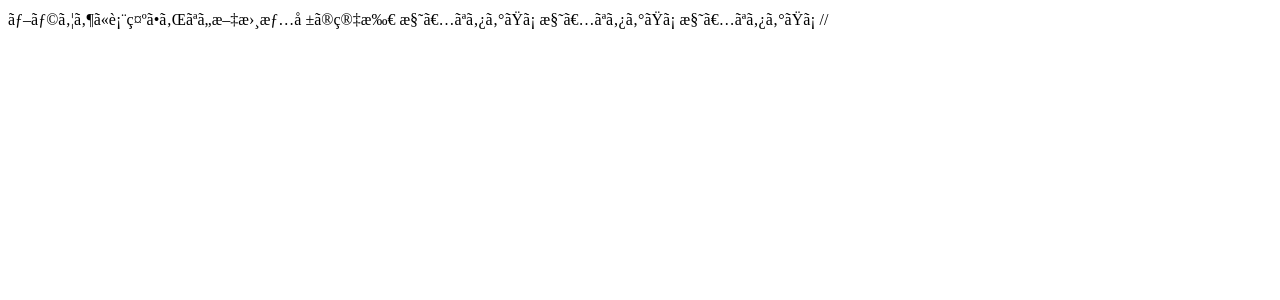
Repository: syokaturyou/potepan
Page: test/index6.html
The author's editor kept a record of every edit. The page is drawn from the files as they stood at one moment, then again after the next edit.
The browser window is 1280 px wide. The pictures show the whole page.

Above is the page before.

### test/index6.html
 <!DOCTYPE html>
     <html lang="ja">
      <head>
        <title></title>
        ブラウザに表示されない文書情報の箇所
      <!--<script type="lesson/javascript" src="/lesson.js" charset="utf-8"></script>-->
      </head>

      <body>
        様々なタグたち
        様々なタグたち
        様々なタグたち

         // <script>
         //  javascriptのコードを記述をします
         // </script>

       <!--<div>-->
       <!-- <button class="button" onclick=eventA();>ボタンを押下でイベント発火</button>-->
       <!-- <input class="input" type=text oninput=eventB(); placeholder="ここに文字を入力する度にイベント発火">-->
       <!-- <div class="block_a" onmouseout=eventC();>この要素からマウスが離れてイベント発火</div>-->
       <!-- <div class="block_b" onmouseover=eventD();>この要素にマウスが乗ってイベント発火</div>-->
       <!--</div>-->

        <!--<script type="text/javascript" src="読み込むJavaScriptファイルまでのパス" charset="utf-8"></script>-->
        <!--<script type="lesson/javascript" src="/lesson.js" charset="utf-8"></script>-->
      </body>
    </html>

After the next edit:
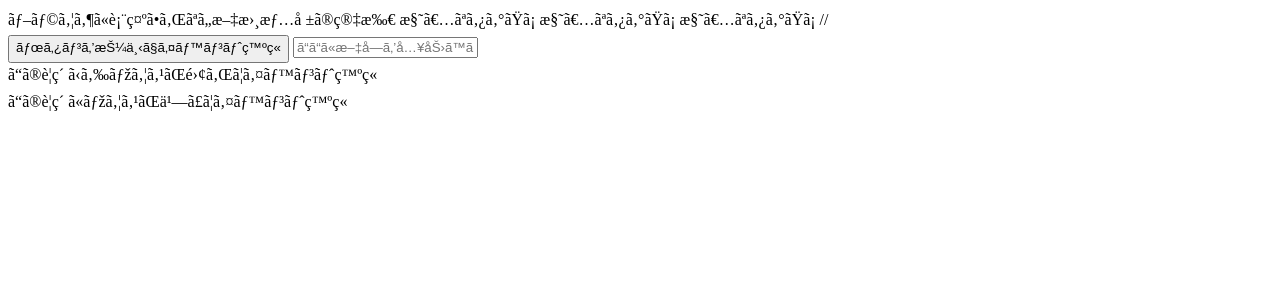
The edit:
--- a/test/index6.html
+++ b/test/index6.html
@@ -15,12 +15,12 @@
          //  javascriptのコードを記述をします
          // </script>
 
-       <!--<div>-->
-       <!-- <button class="button" onclick=eventA();>ボタンを押下でイベント発火</button>-->
-       <!-- <input class="input" type=text oninput=eventB(); placeholder="ここに文字を入力する度にイベント発火">-->
-       <!-- <div class="block_a" onmouseout=eventC();>この要素からマウスが離れてイベント発火</div>-->
-       <!-- <div class="block_b" onmouseover=eventD();>この要素にマウスが乗ってイベント発火</div>-->
-       <!--</div>-->
+       <div>
+        <button class="button" onclick=eventA();>ボタンを押下でイベント発火</button>
+        <input class="input" type=text oninput=eventB(); placeholder="ここに文字を入力する度にイベント発火">
+        <div class="block_a" onmouseout=eventC();>この要素からマウスが離れてイベント発火</div>
+        <div class="block_b" onmouseover=eventD();>この要素にマウスが乗ってイベント発火</div>
+       </div>
 
         <!--<script type="text/javascript" src="読み込むJavaScriptファイルまでのパス" charset="utf-8"></script>-->
         <!--<script type="lesson/javascript" src="/lesson.js" charset="utf-8"></script>-->
